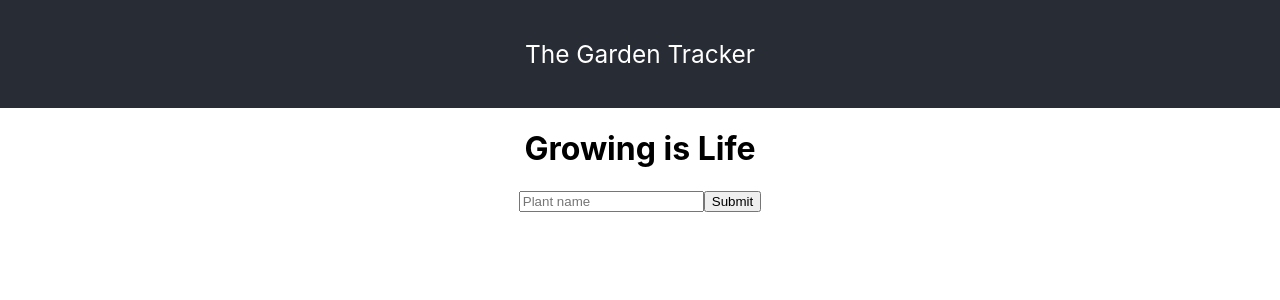
Repository: charliejp0311/gardentracker
Page: /harvest
These files come from the project's save history. The page is drawn as it stood at one moment and after the next save; the edit follows.
The browser window is 1280 px wide. The pictures show the whole page.
The project was rebuilt for these pictures with package versions that can differ from the ones it lists, and the page was loaded fresh each time.

Above is the page before, as saved 2020-10-27 17:11:10.

### public/index.html
<!DOCTYPE html>
<html lang="en">
  <head>
    <meta charset="utf-8" />
    <link rel="icon" href="%PUBLIC_URL%/sun-svgrepo-com.svg" />
    <meta name="viewport" content="width=device-width, initial-scale=1" />
    <meta name="theme-color" content="#000000" />
    <meta
      name="description"
      content="Web site created using create-react-app"
    />
    <link rel="apple-touch-icon" href="%PUBLIC_URL%/logo192.png" />
    <!--
      manifest.json provides metadata used when your web app is installed on a
      user's mobile device or desktop. See https://developers.google.com/web/fundamentals/web-app-manifest/
    -->
    <link rel="manifest" href="%PUBLIC_URL%/manifest.json" />
    <!--
      Notice the use of %PUBLIC_URL% in the tags above.
      It will be replaced with the URL of the `public` folder during the build.
      Only files inside the `public` folder can be referenced from the HTML.

      Unlike "/favicon.ico" or "favicon.ico", "%PUBLIC_URL%/favicon.ico" will
      work correctly both with client-side routing and a non-root public URL.
      Learn how to configure a non-root public URL by running `npm run build`.
    -->
    <title>Track Your Garden</title>
  </head>
  <body>
    <noscript>You need to enable JavaScript to run this app.</noscript>
    <div id="root"></div>
    <!--
      This HTML file is a template.
      If you open it directly in the browser, you will see an empty page.

      You can add webfonts, meta tags, or analytics to this file.
      The build step will place the bundled scripts into the <body> tag.

      To begin the development, run `npm start` or `yarn start`.
      To create a production bundle, use `npm run build` or `yarn build`.
    -->
  </body>
</html>

### src/index.js
import React from 'react';
import ReactDOM from 'react-dom';
import './index.css';
import App from './App';
import reportWebVitals from './reportWebVitals';
import reducer from './reducers/index'
import { Provider } from  'react-redux';
import { applyMiddleware, createStore } from 'redux';
import thunk from 'redux-thunk';

let store = createStore(reducer,applyMiddleware(thunk))

ReactDOM.render(
  <Provider store={store}>
    <App />
  </Provider>,
  document.getElementById('root')
);

// If you want to start measuring performance in your app, pass a function
// to log results (for example: reportWebVitals(console.log))
// or send to an analytics endpoint. Learn more: https://bit.ly/CRA-vitals
reportWebVitals();

### src/App.js
import './App.css';
import CreateGarden from './components/CreateGarden'

function App() {
  return (
    <div className="App">
      <header className="App-header">
        The Garden Tracker
      </header>
        <CreateGarden />
    </div>
  );
}

export default App;

### src/reducers/index.js
import { combineReducers } from 'redux';
import garden from './GardenReducer'

export default combineReducers({
    garden
})

### src/components/CreateGarden.js
import React, {Component} from 'react';
import { connect } from 'react-redux';
import Garden from './Garden';


class CreateGarden extends Component{

    state = {
        plants: [],
        notes: [],
        bugs: []
    }

    render(){
        return(
            <div>
                <Garden
                plants={this.state.plants}
                notes={this.state.notes}
                bugs={this.state.bugs} />
            </div>
        )
    };
};



export default connect()(CreateGarden);

### src/reducers/GardenReducer.js
export default function garden (state = {
    plants: []
},action){
    switch (action.type) {
        case 'ADD_GARDEN':

            break;
        case 'REMOVE_GARDEN':

            break;

        default:
            return state;
    }
};

### src/components/Garden.js
import React, {Component} from 'react';
import CreatePlant from './CreatePlant';
import Plant from './Plant';
import {connect} from 'react-redux';


class Garden extends Component{
    state = {
        plants: []
    }

    render(){
        let allPlants = this.state.plants.map(plant=>{return(
            <Plant key={plant.id} plant={plant} />
        )})
        return(
            <div className='garden-container' >
                <h1>Growing is Life</h1>
                <CreatePlant />
                {allPlants}
            </div>
        )
    }
}
const mapStateToProps=state=>{
    return{
        plants: state.plants,
        notes: state.notes,
        bugs: state.bugs
    }
}

export default connect(mapStateToProps)(Garden);

### src/components/CreatePlant.js
import React from 'react';

export default function CreatePlant(props){
    return(
        <form onSubmit={props.handleSubmit}>
            <input type='text' onChange={props.handleChange} value={props.state} placeholder='Plant name'></input>
            <input type='submit'/>
        </form>
    )
}

Loaded but not shown: src/index.css (common file); src/reportWebVitals.js (common file); src/App.css (common file); src/components/Plant.js (no stored copy; drawn as an empty file)

After the next save:
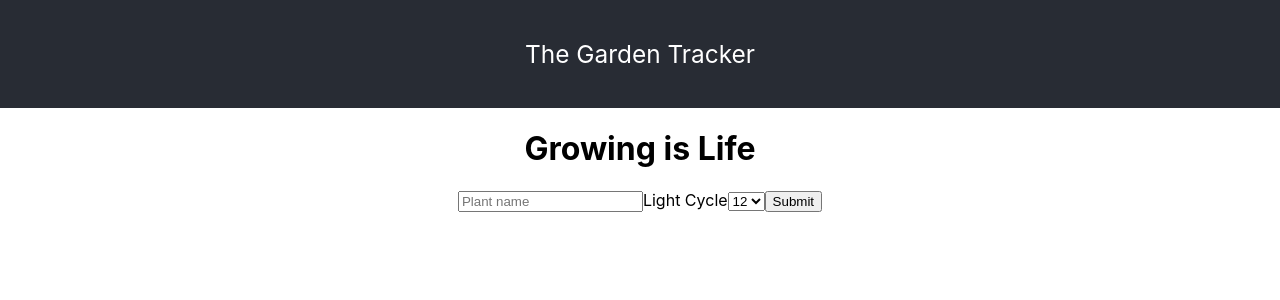
Saved 3 min 23 s later.
--- a/src/components/CreatePlant.js
+++ b/src/components/CreatePlant.js
@@ -3,7 +3,13 @@ import React from 'react';
 export default function CreatePlant(props){
     return(
         <form onSubmit={props.handleSubmit}>
-            <input type='text' onChange={props.handleChange} value={props.state} placeholder='Plant name'></input>
+            <input type='text' onChange={props.handleChange} value={props.state} placeholder='Plant name'/>
+            <label>Light Cycle</label>
+            <select>
+                <option value='12'>12</option>
+                <option value='18'>18</option>
+                <option value='24'>24</option>
+            </select>
             <input type='submit'/>
         </form>
     )
